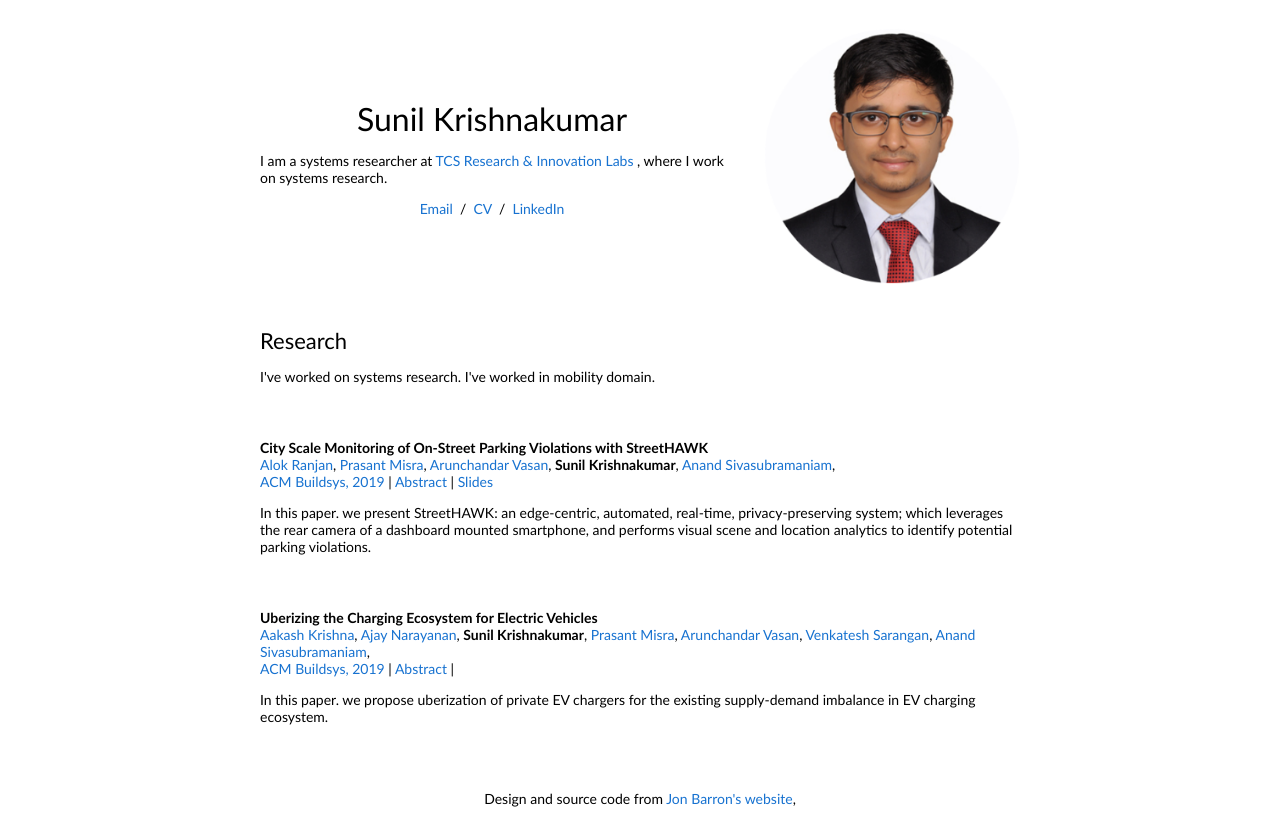
Repository: Sunil-KK/-
Page: index.html
The author's editor kept a copy of each file at every save. The page is drawn from the files as they stood at one save, then again after the next save.
The browser window is 1280 px wide. The pictures show the whole page.

Above is the page before, as saved 2020-09-02 02:00:59.

### index.html
<!DOCTYPE HTML>
<html lang="en"><head><meta http-equiv="Content-Type" content="text/html; charset=UTF-8">
  <!-- Hi, Jon Here. Please DELETE the two <script> tags below if you use this HTML, otherwise my analytics will track your page -->
  <!-- Global site tag (gtag.js) - Google Analytics -->
  <script async src="https://www.googletagmanager.com/gtag/js?id=UA-7580334-2"></script>
  <script>
    window.dataLayer = window.dataLayer || [];
    function gtag(){dataLayer.push(arguments);}
    gtag('js', new Date());

    gtag('config', 'UA-7580334-2');
  </script>

  <title>Sunil Krishnakumar</title>

  <meta name="author" content="Sunil Krishnakumar">
  <meta name="viewport" content="width=device-width, initial-scale=1">

  <link rel="stylesheet" type="text/css" href="stylesheet.css">
  <link rel="icon" type="image/png" href="images/seal_icon.png">
</head>

<body>
  <table style="width:100%;max-width:800px;border:0px;border-spacing:0px;border-collapse:separate;margin-right:auto;margin-left:auto;"><tbody>
    <tr style="padding:0px">
      <td style="padding:0px">
        <table style="width:100%;border:0px;border-spacing:0px;border-collapse:separate;margin-right:auto;margin-left:auto;"><tbody>
          <tr style="padding:0px">
            <td style="padding:2.5%;width:63%;vertical-align:middle">
              <p style="text-align:center">
                <name>Sunil Krishnakumar</name>
              </p>
              <p>I am a systems researcher at <a href="https://www.tcs.com/research-and-innovation">TCS Research & Innovation Labs </a>, where I work on systems research.
              </p>
              <p>
                <!-- At Google I've worked on <a href="https://ai.googleblog.com/2014/04/lens-blur-in-new-google-camera-app.html">Lens Blur</a>, <a href="https://ai.googleblog.com/2014/10/hdr-low-light-and-high-dynamic-range.html">HDR+</a>, <a href="https://www.google.com/get/cardboard/jump/">Jump</a>, <a href="https://ai.googleblog.com/2017/10/portrait-mode-on-pixel-2-and-pixel-2-xl.html">Portrait Mode</a>, and <a href="https://www.youtube.com/watch?v=JSnB06um5r4">Glass</a>. I did my PhD at <a href="http://www.eecs.berkeley.edu/">UC Berkeley</a>, where I was advised by <a href="http://www.cs.berkeley.edu/~malik/">Jitendra Malik</a> and funded by the <a href="http://www.nsfgrfp.org/">NSF GRFP</a>. I did my bachelors at the <a href="http://cs.toronto.edu">University of Toronto</a>. -->
                <!-- I've recieved the <a href="https://www2.eecs.berkeley.edu/Students/Awards/15/">C.V. Ramamoorthy Distinguished Research Award</a> and the <a href="https://www.thecvf.com/?page_id=413#YRA">PAMI Young Researcher Award</a>. -->
              </p>
              <p style="text-align:center">
                <a href="mailto:komadamsunil96@gmail.com">Email</a> &nbsp/&nbsp
                <a href="data/Sunil_CV.pdf.pdf">CV</a> &nbsp/&nbsp
                <!-- <a href="data/JonBarron-bio.txt">LinkedI</a> &nbsp/&nbsp -->
                <!-- <a href="https://scholar.google.com/citations?hl=en&user=jktWnL8AAAAJ">Google Scholar</a> &nbsp/&nbsp -->
                <a href="https://www.linkedin.com/in/sunilkrishnakumar/">LinkedIn</a>
                <!-- <a href="https://twitter.com/jon_barron">Twitter</a> -->
              </p>
            </td>
            <td style="padding:2.5%;width:40%;max-width:40%">
              <a href="images/ID.jpg"><img style="width:100%;max-width:100%" alt="profile photo" src="images/Sunil_circle.png" class="hoverZoomLink"></a>
            </td>
          </tr>
        </tbody></table>
        <table style="width:100%;border:0px;border-spacing:0px;border-collapse:separate;margin-right:auto;margin-left:auto;"><tbody>
            <tr>
            <td style="padding:20px;width:100%;vertical-align:middle">
              <heading>Research</heading>
              <p>
                I've worked on systems research. I've worked in mobility domain.
                <!-- Representative papers are <span class="highlight">highlighted</span>. -->
              </p>
            </td>
          </tr>
        </tbody></table>
        <table style="width:100%;border:0px;border-spacing:0px;border-collapse:separate;margin-right:auto;margin-left:auto;"><tbody>


            </td>
            <td style="padding:20px;width:75%;vertical-align:middle">
              <strong>City Scale Monitoring of On-Street Parking Violations with StreetHAWK</strong>
              <br>
              <a href="https://sites.google.com/view/alok-ranjan/home">Alok Ranjan</a>,
              <a href="https://sites.google.com/site/prasantmisra">Prasant Misra</a>,
              <a href="https://www.linkedin.com/in/arun-vasan/">Arunchandar Vasan</a>,
              <strong>Sunil Krishnakumar</strong>,
              <a href="http://www.cse.psu.edu/~axs53/">Anand Sivasubramaniam</a>,
              <br>
              <!-- <em>ACM Buildsys</em>, 2019   -->
              <!-- <br> -->
              <a href="https://dl.acm.org/doi/proceedings/10.1145/3360322">ACM Buildsys, 2019</a> |
              <a href="https://dl.acm.org/doi/10.1145/3360322.3360841"">Abstract</a> |
              <a href="data/2019-buildsys-streethawk-abridged.pdf">Slides</a>
              <p></p>
              <p>In this paper. we present StreetHAWK: an edge-centric, automated, real-time, privacy-preserving system;
                 which leverages the rear camera of a dashboard mounted smartphone, and performs visual scene and location
                 analytics to identify potential parking violations. </p>
            </td>
          </tr>


        </td>
        <td style="padding:20px;width:75%;vertical-align:middle">
          <strong>Uberizing the Charging Ecosystem for Electric Vehicles</strong>
          <br>
          <a href="https://www.researchgate.net/profile/Aakash_Krishna_Gs">Aakash Krishna</a>,
          <a href="https://www.researchgate.net/profile/Ajay_Narayanan4">Ajay Narayanan</a>,
          <strong>Sunil Krishnakumar</strong>,
          <a href="https://sites.google.com/site/prasantmisra">Prasant Misra</a>,
          <a href="https://www.linkedin.com/in/arun-vasan/">Arunchandar Vasan</a>,
          <a href="https://www.linkedin.com/in/venkatesh-sarangan-429a4168/">Venkatesh Sarangan</a>,
          <a href="http://www.cse.psu.edu/~axs53/">Anand Sivasubramaniam</a>,
          <br>
          <!-- <em>ACM Buildsys</em>, 2019   -->
          <!-- <br> -->
          <a href="https://dl.acm.org/doi/proceedings/10.1145/3396851">ACM Buildsys, 2019</a> |
          <a href="https://doi.org/10.1145/3396851.3397758">Abstract</a> |
          <!-- <a href="data/2019-buildsys-streethawk-abridged.pdf">Slides</a> -->
          <p></p>
          <p>In this paper. we propose uberization of private EV chargers for the existing supply-demand imbalance
             in EV charging ecosystem. </p>
        </td>
      </tr>

        <table style="width:100%;border:0px;border-spacing:0px;border-collapse:separate;margin-right:auto;margin-left:auto;"><tbody>
          <tr>
            <td style="padding:0px">
              <br>
              <p style="text-align:center;font-size:very-small;">
                Design and source code from <a href="https://github.com/jonbarron/jonbarron_website">Jon Barron's website</a>,
                <br>
              </p>
            </td>
          </tr>
        </tbody></table>
      </td>
    </tr>
  </table>
</body>

</html>

### stylesheet.css
/* latin-ext */
@font-face {
  font-family: 'Lato';
  font-style: italic;
  font-weight: 400;
  src: local('Lato Italic'), local('Lato-Italic'), url(https://fonts.gstatic.com/s/lato/v15/S6u8w4BMUTPHjxsAUi-qNiXg7eU0.woff2) format('woff2');
  unicode-range: U+0100-024F, U+0259, U+1E00-1EFF, U+2020, U+20A0-20AB, U+20AD-20CF, U+2113, U+2C60-2C7F, U+A720-A7FF;
}
/* latin */
@font-face {
  font-family: 'Lato';
  font-style: italic;
  font-weight: 400;
  src: local('Lato Italic'), local('Lato-Italic'), url(https://fonts.gstatic.com/s/lato/v15/S6u8w4BMUTPHjxsAXC-qNiXg7Q.woff2) format('woff2');
  unicode-range: U+0000-00FF, U+0131, U+0152-0153, U+02BB-02BC, U+02C6, U+02DA, U+02DC, U+2000-206F, U+2074, U+20AC, U+2122, U+2191, U+2193, U+2212, U+2215, U+FEFF, U+FFFD;
}
/* latin-ext */
@font-face {
  font-family: 'Lato';
  font-style: italic;
  font-weight: 700;
  src: local('Lato Bold Italic'), local('Lato-BoldItalic'), url(https://fonts.gstatic.com/s/lato/v15/S6u_w4BMUTPHjxsI5wq_FQftx9897sxZ.woff2) format('woff2');
  unicode-range: U+0100-024F, U+0259, U+1E00-1EFF, U+2020, U+20A0-20AB, U+20AD-20CF, U+2113, U+2C60-2C7F, U+A720-A7FF;
}
/* latin */
@font-face {
  font-family: 'Lato';
  font-style: italic;
  font-weight: 700;
  src: local('Lato Bold Italic'), local('Lato-BoldItalic'), url(https://fonts.gstatic.com/s/lato/v15/S6u_w4BMUTPHjxsI5wq_Gwftx9897g.woff2) format('woff2');
  unicode-range: U+0000-00FF, U+0131, U+0152-0153, U+02BB-02BC, U+02C6, U+02DA, U+02DC, U+2000-206F, U+2074, U+20AC, U+2122, U+2191, U+2193, U+2212, U+2215, U+FEFF, U+FFFD;
}
/* latin-ext */
@font-face {
  font-family: 'Lato';
  font-style: normal;
  font-weight: 400;
  src: local('Lato Regular'), local('Lato-Regular'), url(https://fonts.gstatic.com/s/lato/v15/S6uyw4BMUTPHjxAwXiWtFCfQ7A.woff2) format('woff2');
  unicode-range: U+0100-024F, U+0259, U+1E00-1EFF, U+2020, U+20A0-20AB, U+20AD-20CF, U+2113, U+2C60-2C7F, U+A720-A7FF;
}
/* latin */
@font-face {
  font-family: 'Lato';
  font-style: normal;
  font-weight: 400;
  src: local('Lato Regular'), local('Lato-Regular'), url(https://fonts.gstatic.com/s/lato/v15/S6uyw4BMUTPHjx4wXiWtFCc.woff2) format('woff2');
  unicode-range: U+0000-00FF, U+0131, U+0152-0153, U+02BB-02BC, U+02C6, U+02DA, U+02DC, U+2000-206F, U+2074, U+20AC, U+2122, U+2191, U+2193, U+2212, U+2215, U+FEFF, U+FFFD;
}
/* latin-ext */
@font-face {
  font-family: 'Lato';
  font-style: normal;
  font-weight: 700;
  src: local('Lato Bold'), local('Lato-Bold'), url(https://fonts.gstatic.com/s/lato/v15/S6u9w4BMUTPHh6UVSwaPGQ3q5d0N7w.woff2) format('woff2');
  unicode-range: U+0100-024F, U+0259, U+1E00-1EFF, U+2020, U+20A0-20AB, U+20AD-20CF, U+2113, U+2C60-2C7F, U+A720-A7FF;
}
/* latin */
@font-face {
  font-family: 'Lato';
  font-style: normal;
  font-weight: 700;
  src: local('Lato Bold'), local('Lato-Bold'), url(https://fonts.gstatic.com/s/lato/v15/S6u9w4BMUTPHh6UVSwiPGQ3q5d0.woff2) format('woff2');
  unicode-range: U+0000-00FF, U+0131, U+0152-0153, U+02BB-02BC, U+02C6, U+02DA, U+02DC, U+2000-206F, U+2074, U+20AC, U+2122, U+2191, U+2193, U+2212, U+2215, U+FEFF, U+FFFD;
}

a {
  color: #1772d0;
  text-decoration: none;
}

a:focus,
a:hover {
  color: #f09228;
  text-decoration: none;
}

body,
td,
th,
tr,
p,
a {
  font-family: 'Lato', Verdana, Helvetica, sans-serif;
  font-size: 14px
}

strong {
  font-family: 'Lato', Verdana, Helvetica, sans-serif;
  font-size: 14px;
}

heading {
  font-family: 'Lato', Verdana, Helvetica, sans-serif;
  font-size: 22px;
}

papertitle {
  font-family: 'Lato', Verdana, Helvetica, sans-serif;
  font-size: 14px;
  font-weight: 700
}

name {
  font-family: 'Lato', Verdana, Helvetica, sans-serif;
  font-size: 32px;
}

.one {
  width: 160px;
  height: 160px;
  position: relative;
}

.two {
  width: 160px;
  height: 160px;
  position: absolute;
  transition: opacity .2s ease-in-out;
  -moz-transition: opacity .2s ease-in-out;
  -webkit-transition: opacity .2s ease-in-out;
}

.fade {
  transition: opacity .2s ease-in-out;
  -moz-transition: opacity .2s ease-in-out;
  -webkit-transition: opacity .2s ease-in-out;
}

span.highlight {
  background-color: #ffffd0;
}

After the next save:
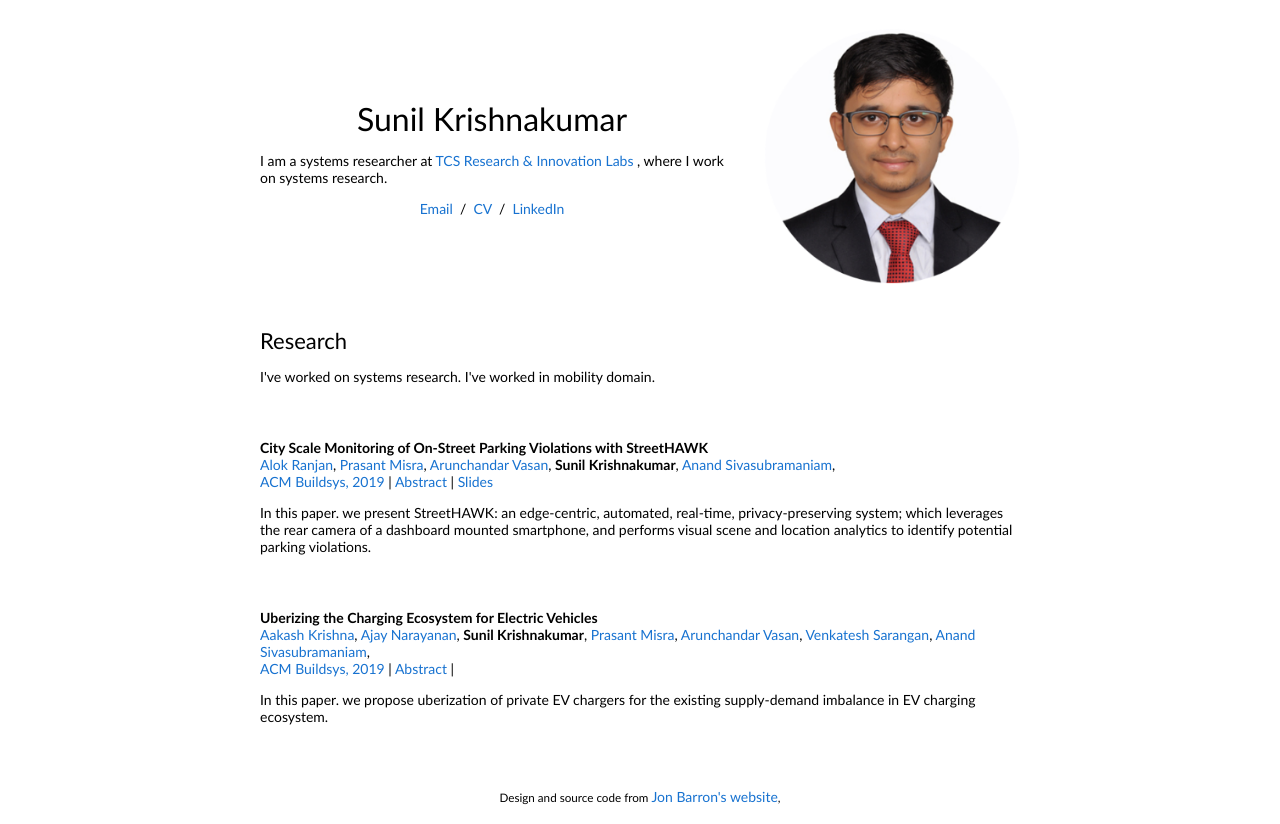
Saved 53 s later.
--- a/index.html
+++ b/index.html
@@ -114,7 +114,7 @@
           <tr>
             <td style="padding:0px">
               <br>
-              <p style="text-align:center;font-size:very-small;">
+              <p style="text-align:center;font-size:smaller;">
                 Design and source code from <a href="https://github.com/jonbarron/jonbarron_website">Jon Barron's website</a>,
                 <br>
               </p>
